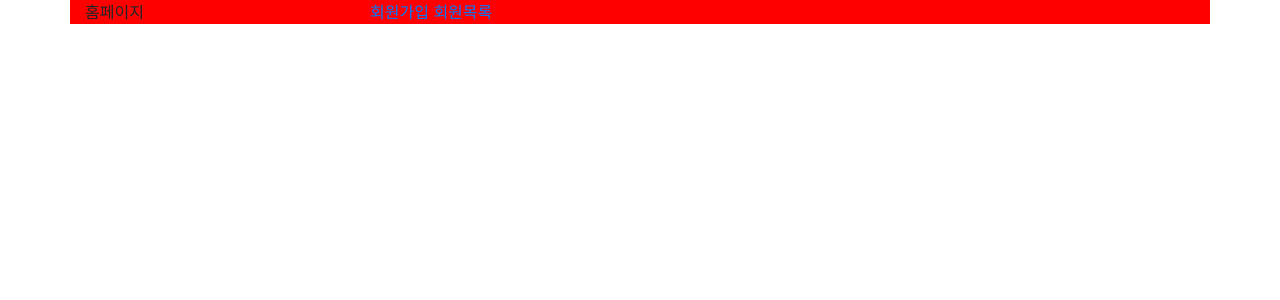
Repository: zero1128/20201113
Page: chap04/WebContent/index.html
The author's editor kept a copy of each file at every save. The page is drawn from the files as they stood at one save, then again after the next save.
The browser window is 1280 px wide. The pictures show the whole page.

Above is the page before, as saved 2020-11-06 00:44:48.

### chap04/WebContent/index.html
<!DOCTYPE html>
<html>
<head>
<meta charset="UTF-8">
<title>회원관리</title>
<link rel="stylesheet" href="https://maxcdn.bootstrapcdn.com/bootstrap/4.5.2/css/bootstrap.min.css">
<script src="https://ajax.googleapis.com/ajax/libs/jquery/3.5.1/jquery.min.js"></script>
<script src="https://cdnjs.cloudflare.com/ajax/libs/popper.js/1.16.0/umd/popper.min.js"></script>
<script src="https://maxcdn.bootstrapcdn.com/bootstrap/4.5.2/js/bootstrap.min.js"></script>
<style>
	.blue{
		background-color: blue;
	}
	.yellow{
		background-color: yellow;
	}
	.red{
		background-color: red;
	}
</style>
</head>
<body>
	<div class="container blue">
		<div class="row yellow">
			<div class="col-md-3 red">
				홈페이지
			</div>
			<div class="col-md-9 red">
				<a href="join.html">회원가입</a>
				<a href="list.html">회원목록</a>
			</div>
		</div>
	</div>
</body>
</html>

After the next save:
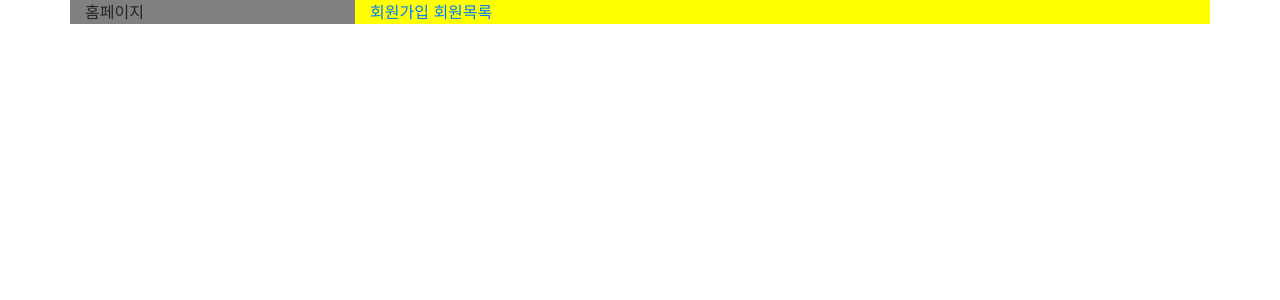
Saved 7 s later.
--- a/chap04/WebContent/index.html
+++ b/chap04/WebContent/index.html
@@ -17,6 +17,9 @@
 	.red{
 		background-color: red;
 	}
+	.red{
+		background-color: gray;
+	}
 </style>
 </head>
 <body>
@@ -25,7 +28,7 @@
 			<div class="col-md-3 red">
 				홈페이지
 			</div>
-			<div class="col-md-9 red">
+			<div class="col-md-9 ">
 				<a href="join.html">회원가입</a>
 				<a href="list.html">회원목록</a>
 			</div>
